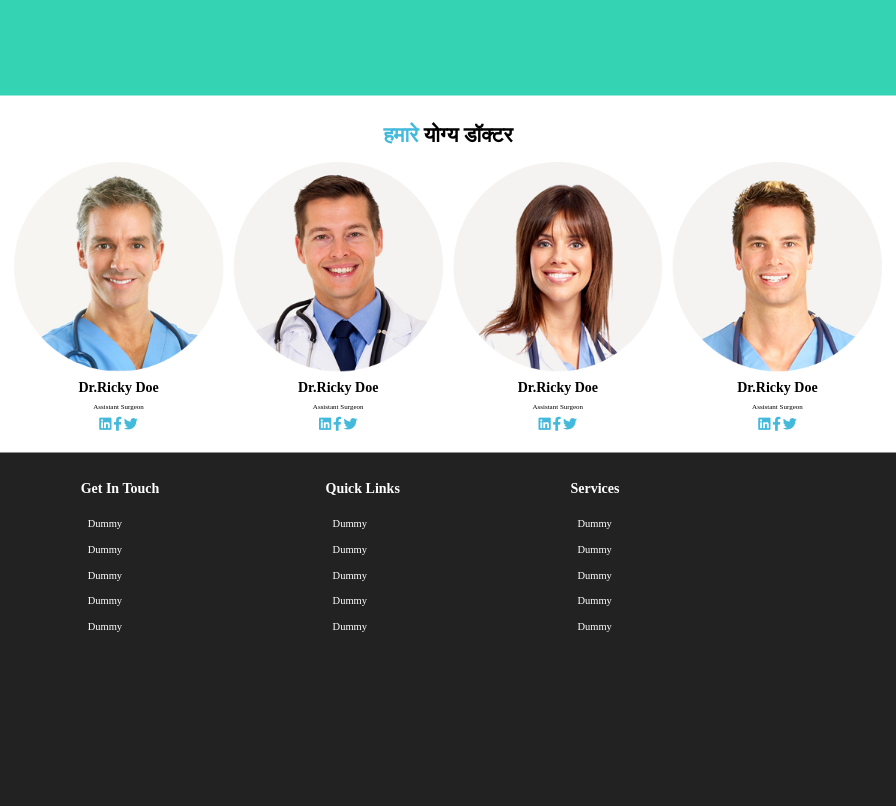
Repository: Aayush919/test
Page: index.html
The author's editor kept a copy of each file at every save. The page is drawn from the files as they stood at one save, then again after the next save.
The browser window is 1280 px wide. The pictures show the part of the page from y = 2858 to 4778 px (the page is 4009 px tall before and 5360 px after), at 70% of full size.

Above is the page before, as saved 2023-10-15 09:01:46.

After the next save:
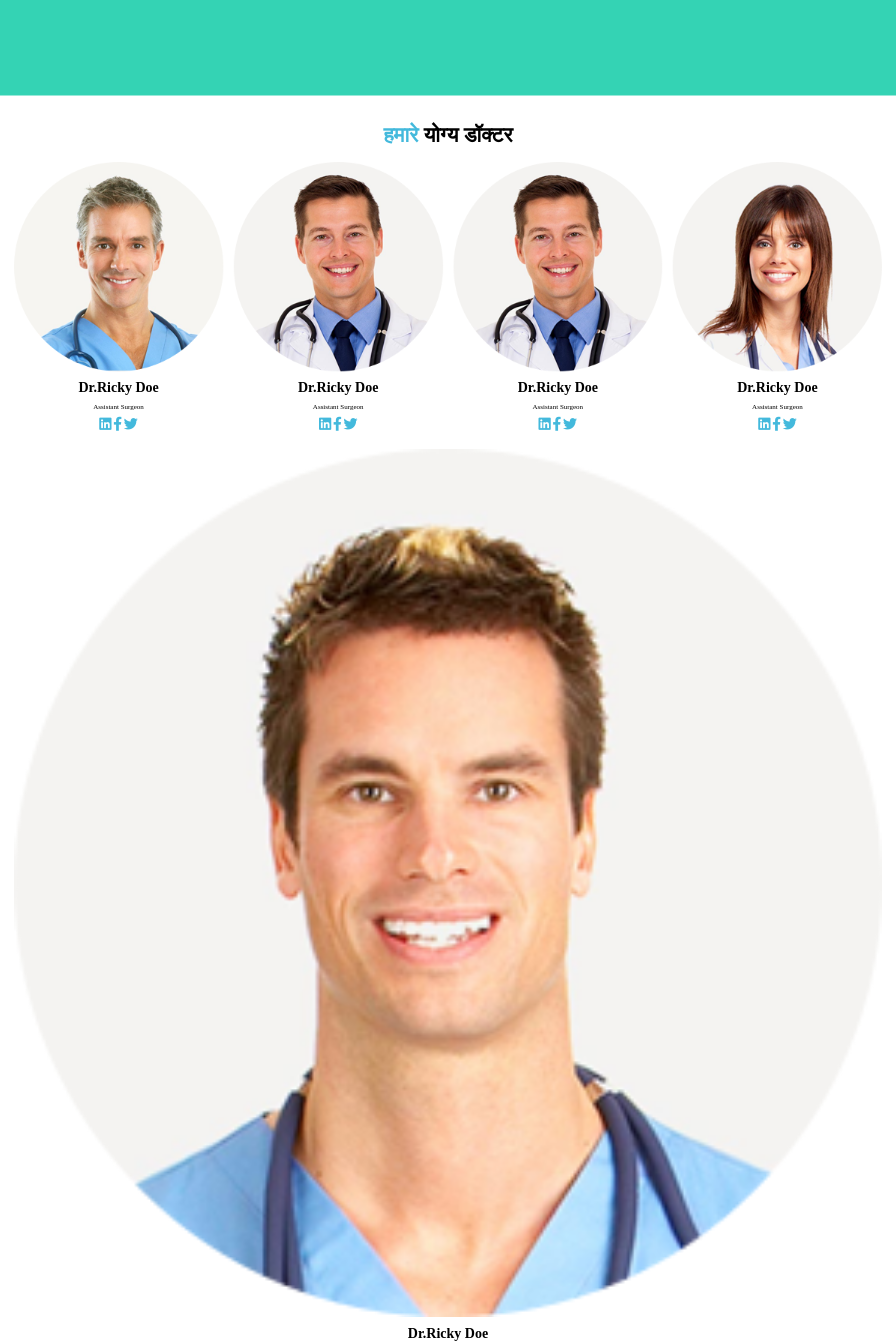
Saved 31 s later.
--- a/index.html
+++ b/index.html
@@ -163,6 +163,16 @@
             </div>
         </div>
         <div class="section-box">
+            <img src="images/ourteam2.png" alt="">
+            <h3>Dr.Ricky Doe</h3>
+            <p>assistant surgeon</p>
+            <div class="team-social-links">
+                <i class="fab fa-linkedin"></i>
+                <i class="fab fa-facebook-f"></i>
+                <i class="fab fa-twitter"></i>
+            </div>
+        </div>
+        <div class="section-box">
             <img src="images/ourteam3.png" alt="">
             <h3>Dr.Ricky Doe</h3>
             <p>assistant surgeon</p>

After the save that followed:
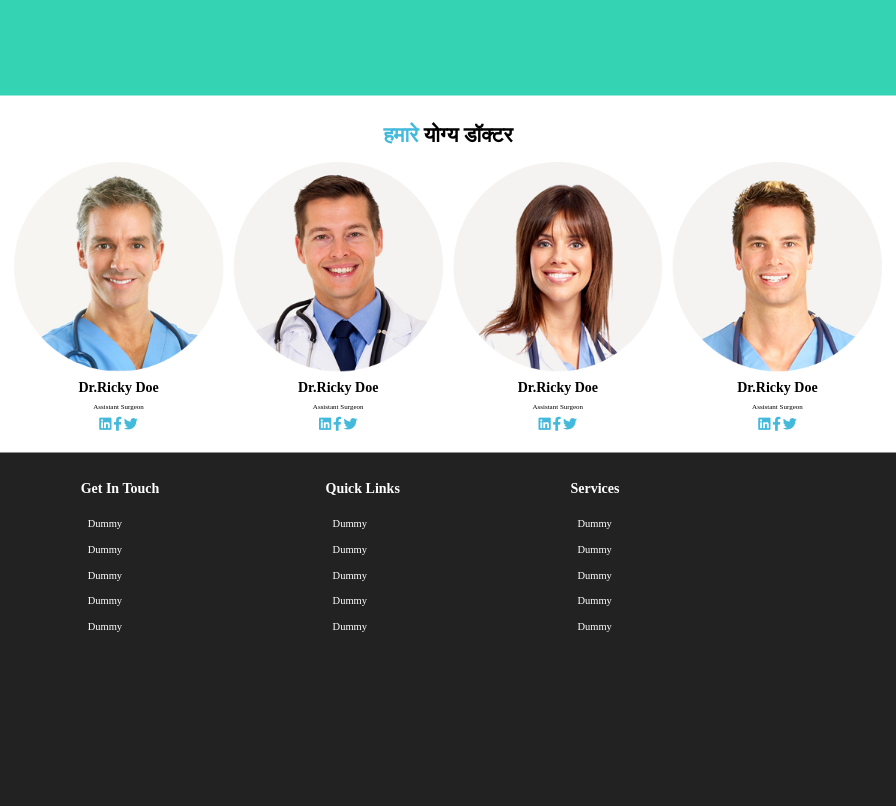
Saved 9 s later.
--- a/index.html
+++ b/index.html
@@ -163,16 +163,6 @@
             </div>
         </div>
         <div class="section-box">
-            <img src="images/ourteam2.png" alt="">
-            <h3>Dr.Ricky Doe</h3>
-            <p>assistant surgeon</p>
-            <div class="team-social-links">
-                <i class="fab fa-linkedin"></i>
-                <i class="fab fa-facebook-f"></i>
-                <i class="fab fa-twitter"></i>
-            </div>
-        </div>
-        <div class="section-box">
             <img src="images/ourteam3.png" alt="">
             <h3>Dr.Ricky Doe</h3>
             <p>assistant surgeon</p>
